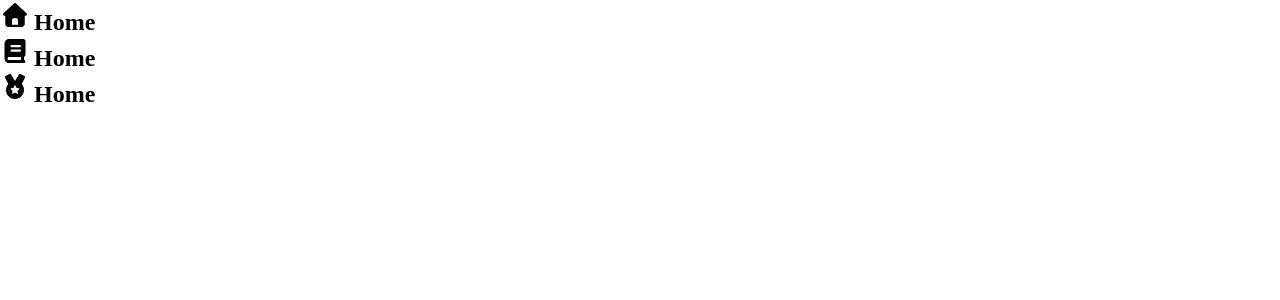
Repository: iocolopus/learn_web
Page: sandertracker_1/index.html
An editor plug-in stored every save of this project. The page is shown before and after a run of saves, followed by the edit.
The browser window is 1280 px wide. The pictures show the whole page.

Above is the page before, as saved 2026-02-18 19:11:27.

### sandertracker_1/index.html
<!DOCTYPE html>
<html lang="en">
<head>
    <meta charset="UTF-8">
    <meta name="viewport" content="width=device-width, initial-scale=1.0">
    <title>sandertracker_v1</title>
    <link rel="stylesheet" href="styles.css">
</head>
<body>
    <header>
        <h1>
        </h1>
    </header>
    <div class="navBar">
        <div class="navItem">
            <img src="media/house-solid-full.svg" alt="more" class="navIcon">
            <h2 class="navText">Home</h2>
        </div>

        <div class="navItem">
            <img src="media/book-solid-full.svg" alt="more" class="navIcon">
            <h2 class="navText">Home</h2>
        </div>

        <div class="navItem">
            <img src="media/medal-solid-full.svg" alt="more" class="navIcon">
            <h2 class="navText">Home</h2>
        </div>
    </div>



</body>
</html>

### sandertracker_1/styles.css
* {
    margin: 0;
}



.navIcon {
    width: 30px;
    height: 30px;
    display: inline-block;
}

.navBar {

}

.navText{
    display: inline-block;
}

After the next 2 saves:
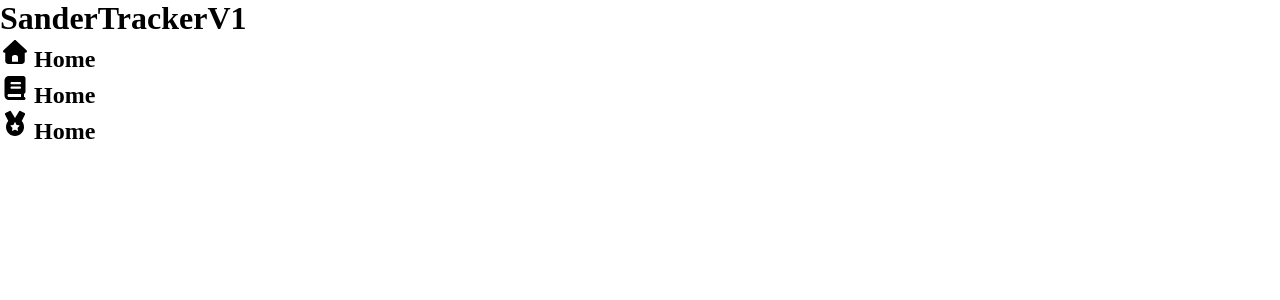
The 2 saves are shown as one change because they came seconds apart.
The last was saved 10 s later.
--- a/sandertracker_1/index.html
+++ b/sandertracker_1/index.html
@@ -8,8 +8,7 @@
 </head>
 <body>
     <header>
-        <h1>
-        </h1>
+        <h1>SanderTrackerV1</h1>
     </header>
     <div class="navBar">
         <div class="navItem">
